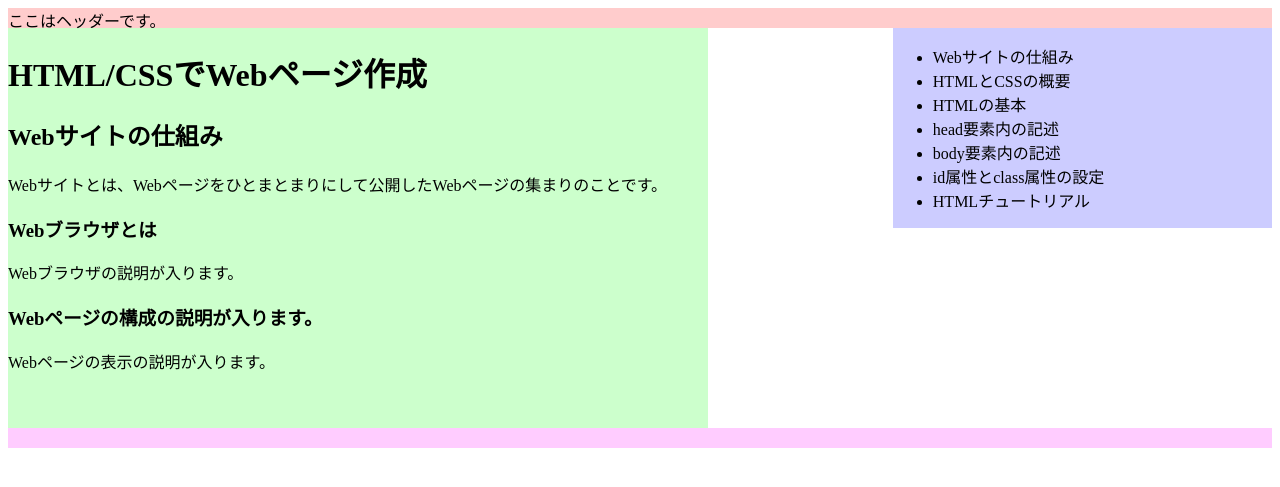
Repository: toshiyukitsumoto/first-git
Page: kadai-html.html
The author's editor kept a record of every edit. The page is drawn from the files as they stood at one moment, then again after the next edit.
The browser window is 1280 px wide. The pictures show the whole page.

Above is the page before.

After the next edit:
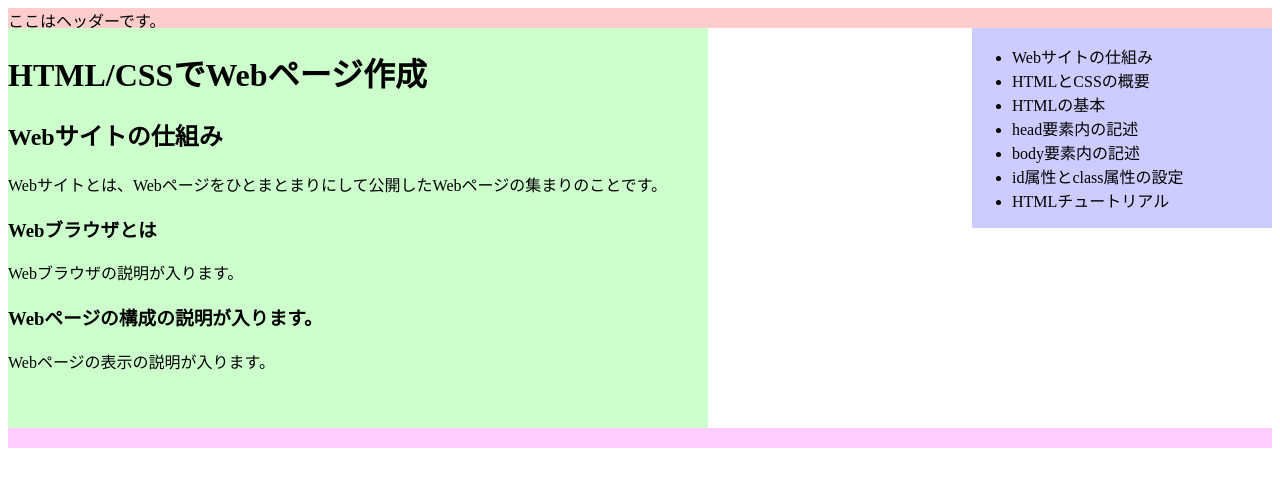
The edit:
--- a/kadai-css.css
+++ b/kadai-css.css
@@ -18,7 +18,7 @@
 
 #menu {
     float: right;
-    width: 30%;
+    width: 300px;
     height: 200px;
     background-color: #ccccff;
 }
